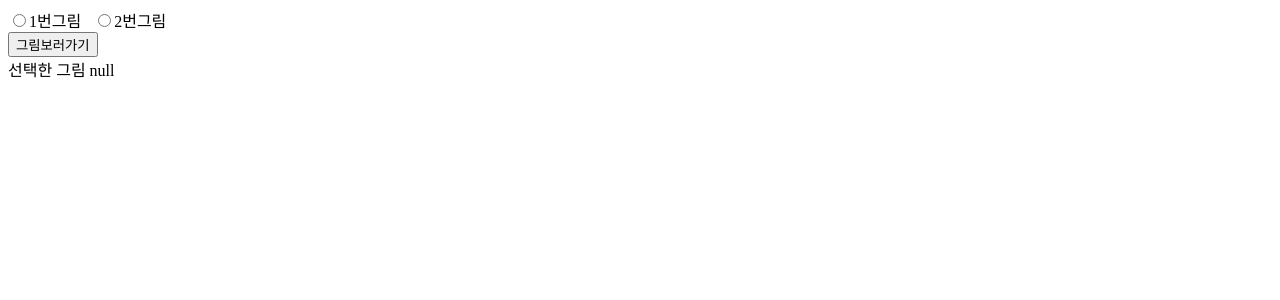
Repository: SimpleRan/jsp_paractice2
Page: http://localhost/JSPBasic/jspobject/request/req_photo.jsp
An editor plug-in stored every save of this project. The page is shown before and after the next save, followed by the edit.
The browser window is 1280 px wide. The pictures show the whole page.
The page is served by Tomcat 9.

Above is the page before, as saved 2022-03-25 12:16:08.

After the next save:
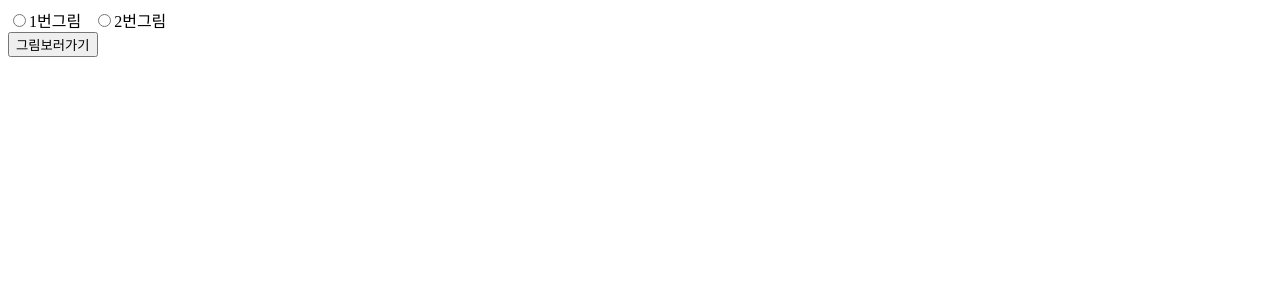
Saved 10 s later.
--- a/JSPBasic/src/main/webapp/jspobject/request/req_photo.jsp
+++ b/JSPBasic/src/main/webapp/jspobject/request/req_photo.jsp
@@ -28,11 +28,10 @@
 	 <form action="http://localhost:8181/JSPBasic/jspobject/request/req_photo.jsp">
 
 	 <input type="radio" name="photo" value="1번그림">1번그림 &nbsp;
-	 <input type="radio" name="photo" value="2번그림">2번그림 &nbsp;
+	 <input type="radio" name="photo" value="2번그림">2번그림 &nbsp;<br/>
 
-	<br/>
-		<input type= "submit" class="btn btn-primary" value="그림보러가기"/>
+	 <input type= "submit" class="btn btn-primary" value="그림보러가기"/>
 	</form>
-	 	 선택한 그림 <%= photoPick %>
+
 </body>
 </html>
